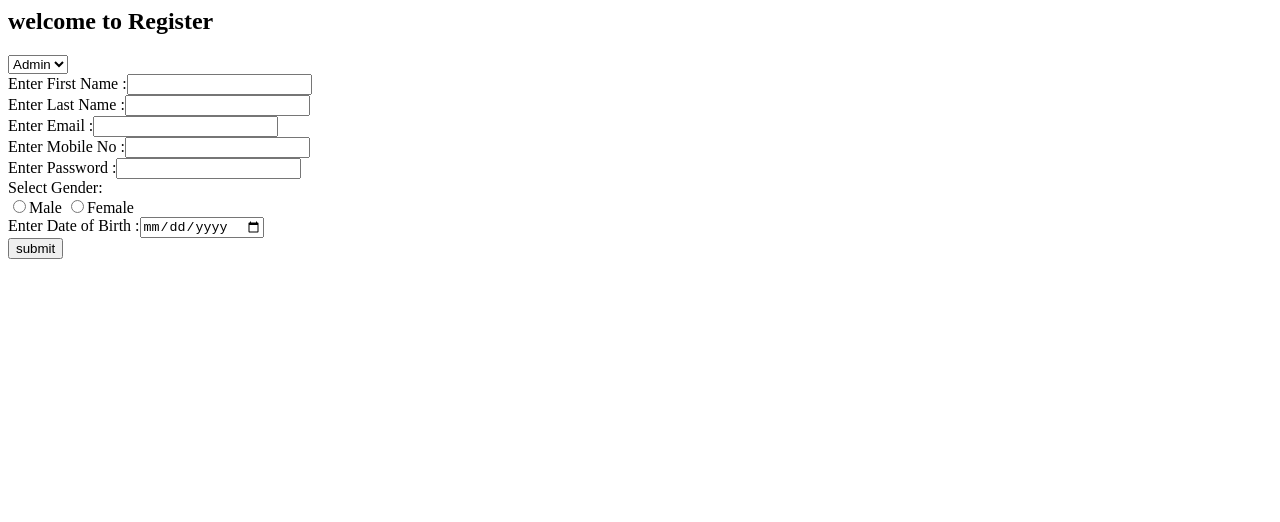
Repository: kewatraviraj/My_Work
Page: http://localhost/registration/
An editor plug-in stored every save of this project. The page is shown before and after the next save, followed by the edit.
The browser window is 1280 px wide. The pictures show the whole page.
The page is served by Tomcat 9.

Above is the page before, as saved 2018-08-30 10:34:05.

After the next save:
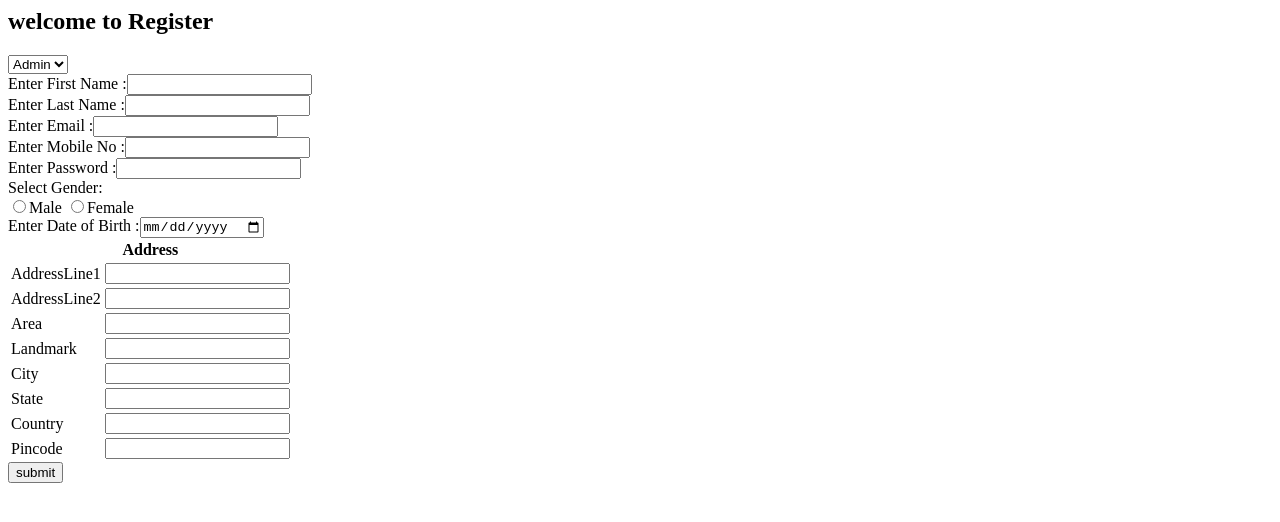
Saved 3 min 51 s later.
--- a/Eclipsework/registration/src/main/webapp/index.jsp
+++ b/Eclipsework/registration/src/main/webapp/index.jsp
@@ -6,21 +6,64 @@
 		<select name="role">
 			<option value="1">Admin</option>
 			<option value="2">User</option>
-		</select>
-		<br> Enter First Name :<input type="text" name="firstName" id="firstName"><br>
-			 Enter Last Name :<input type="text" name="lastName" id="lastName"><br>
-			 Enter Email :<input type="email" name="email" id="email"><br>
-			 Enter Mobile No :<input type="text" name="mobileNo" id="mobileNo"><br>
-			 Enter Password :<input type="password" name="password" id="password"><br>
+		</select> <br> Enter First Name :<input type="text" name="firstName"
+			id="firstName"><br> Enter Last Name :<input type="text"
+			name="lastName" id="lastName"><br> Enter Email :<input
+			type="email" name="email" id="email"><br> Enter Mobile
+		No :<input type="text" name="mobileNo" id="mobileNo"><br>
+		Enter Password :<input type="password" name="password" id="password"><br>
 
-			 Select Gender:<br>
-			 <input type="radio" value="male" name="gender">Male
-			 <input type="radio" value="female" name="gender">Female <br>
-			 Enter Date of Birth :<input type="date" name="dateOfBirth" id="dateOfBirth"><br>
+		Select Gender:<br> <input type="radio" value="male" name="gender">Male
+		<input type="radio" value="female" name="gender">Female <br>
+		Enter Date of Birth :<input type="date" name="dateOfBirth"
+			id="dateOfBirth"><br>
+
+		<table>
+		<tr><th colspan="2">Address</th></tr>
+		<tr>
+			<td>AddressLine1</td><td><input type="text" name="line" id="address_line1"></td>
+		</tr>
+		<tr><td>AddressLine2</td>
+
+			<td><input type="text" name="street" id="street"></td>
+			</tr>
+			<tr>
+				<td>Area
+
+			<td><input type="text" name="street" id="street"></td>
+			</tr>
+			<tr>
+				<td>Landmark
+
+			<td><input type="text" name="landmark" id="landmark"></td>
+			</tr>
+			<tr>
+				<td>City
+
+			<td><input type="text" name="city" id="city"></td>
+			</tr>
+			<tr>
+				<td>State
+
+			<td><input type="text" name="state" id="state"></td>
+			</tr>
+			<tr>
+				<td>Country
+
+			<td><input type="text" name="country" id="country"></td>
+			</tr>
+			<tr>
+				<td>Pincode
+
+			<td><input type="number" name="pincode" id="pincode"></td>
+			</tr>
+
+			</table>
 
 
-			<input type="submit" value="submit"><br>
-	</form>
+
+			<input type="submit" value="submit"><br></f
+			orm>
 
 </body>
 </html>
